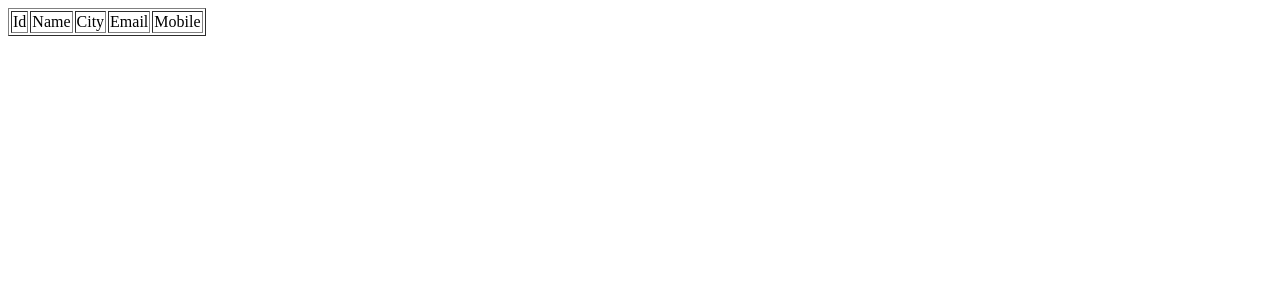
Repository: raypritam49000/SpringFrameworkProjects
Page: http://localhost/SpringMvcWithJdbcDemo/
An editor plug-in stored every save of this project. The page is shown before and after the next save, followed by the edit.
The browser window is 1280 px wide. The pictures show the whole page.
The page is served by Tomcat 9. Queries for data that is not in the repository find no rows.

Above is the page before, as saved 2022-07-28 10:23:51.

After the next save:
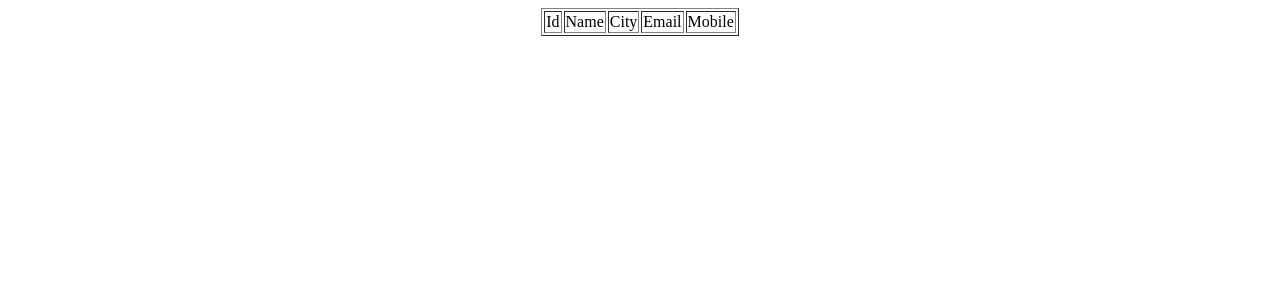
Saved 50 s later.
--- a/SpringMvcWithJdbcDemo/src/main/webapp/WEB-INF/views/listUser.jsp
+++ b/SpringMvcWithJdbcDemo/src/main/webapp/WEB-INF/views/listUser.jsp
@@ -8,7 +8,8 @@
 <title>List User</title>
 </head>
 <body>
-	<table border="1" >
+	 <div align="center">
+	   <table border="1" >
 		<thead>
 			<tr>
 				<td>Id</td>
@@ -31,5 +32,6 @@
 		</tbody>
 
 	</table>
+	 </div>
 </body>
 </html>
